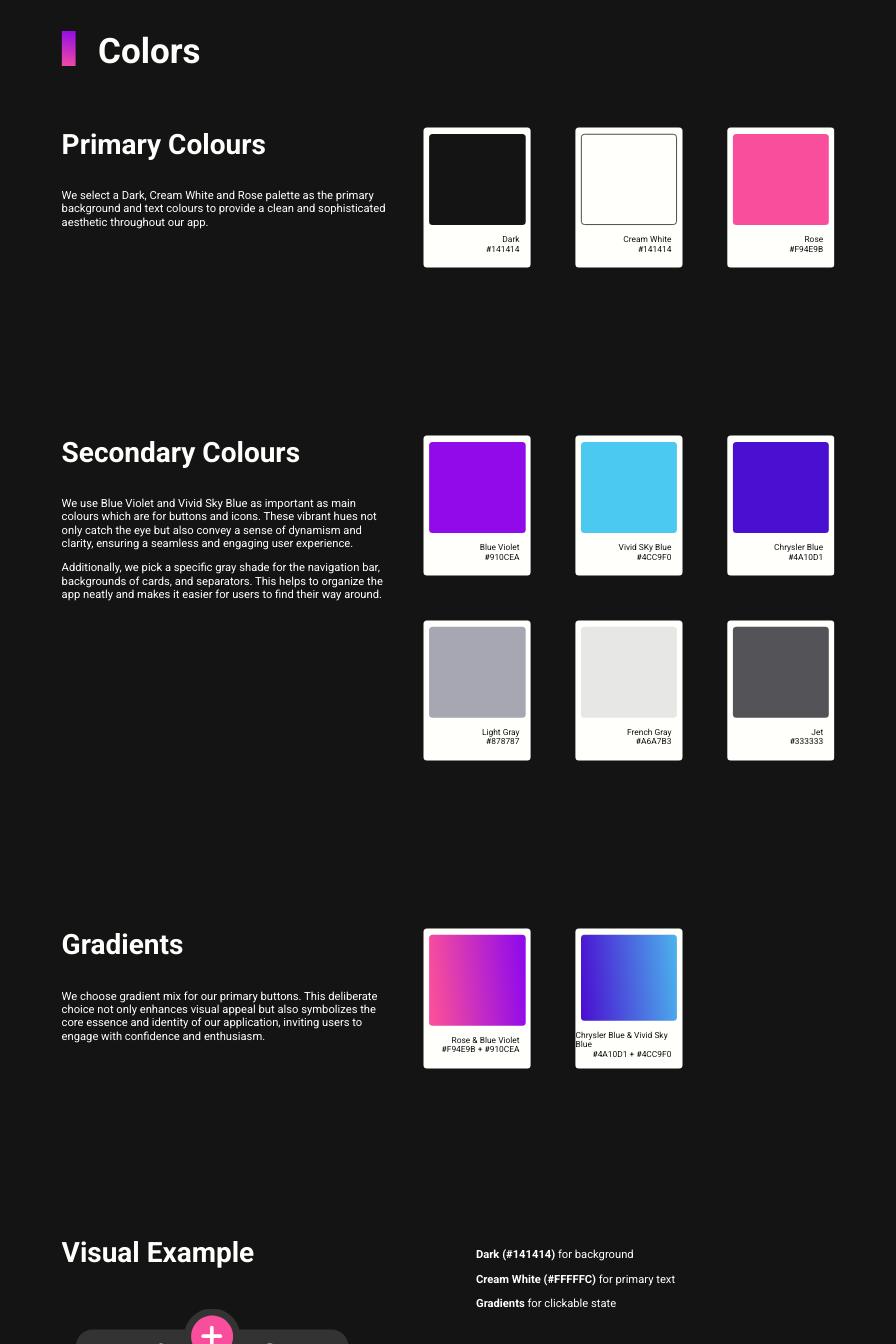
Repository: MonicaNguyenH/artflow_frontend_vanJS
Page: index.html
These files come from the project's save history. The page is drawn as it stood at one moment and after the next save; the edit follows.
The browser window is 1280 px wide. The pictures show the part of the page from y = 735 to 2655 px (the page is 6022 px tall), at 70% of full size.
Some web fonts or font styles are not loaded; a fallback is used.

Above is the page before, as saved 2024-04-05 17:03:49.

After the next save:
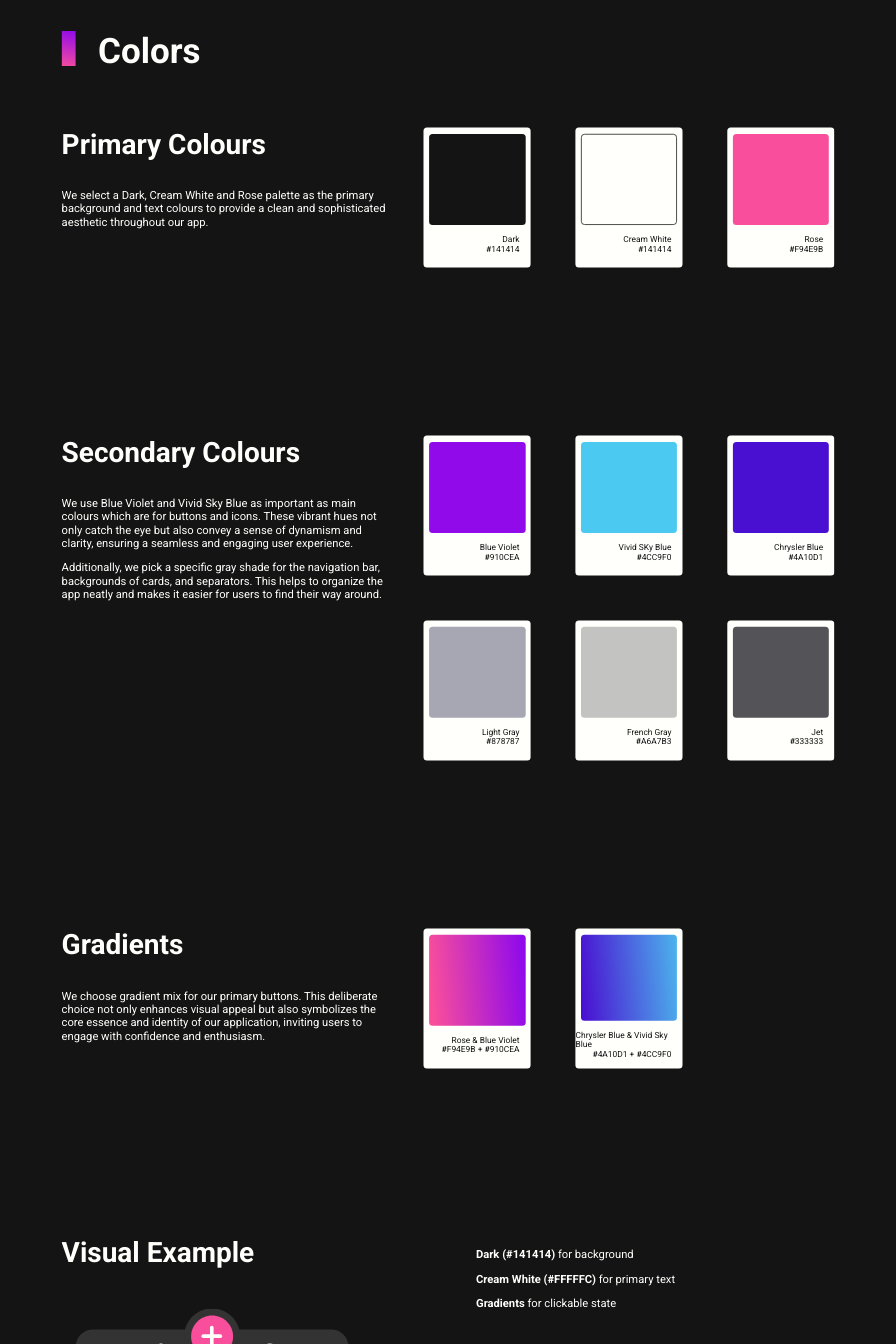
Saved 58 s later.
--- a/css/style.css
+++ b/css/style.css
@@ -26,7 +26,7 @@
 
     --black: #141414;
     --white: #FFFFFC;
-    --grey: rgba(135,135,135,0.2); /*make this 20% opacity*/
+    --grey: rgba(135,135,135,0.5); /*make this 20% opacity*/
     --light-grey: #A6A7B3;
     --medium-grey: #545458;
     --dark-grey: #333333;
